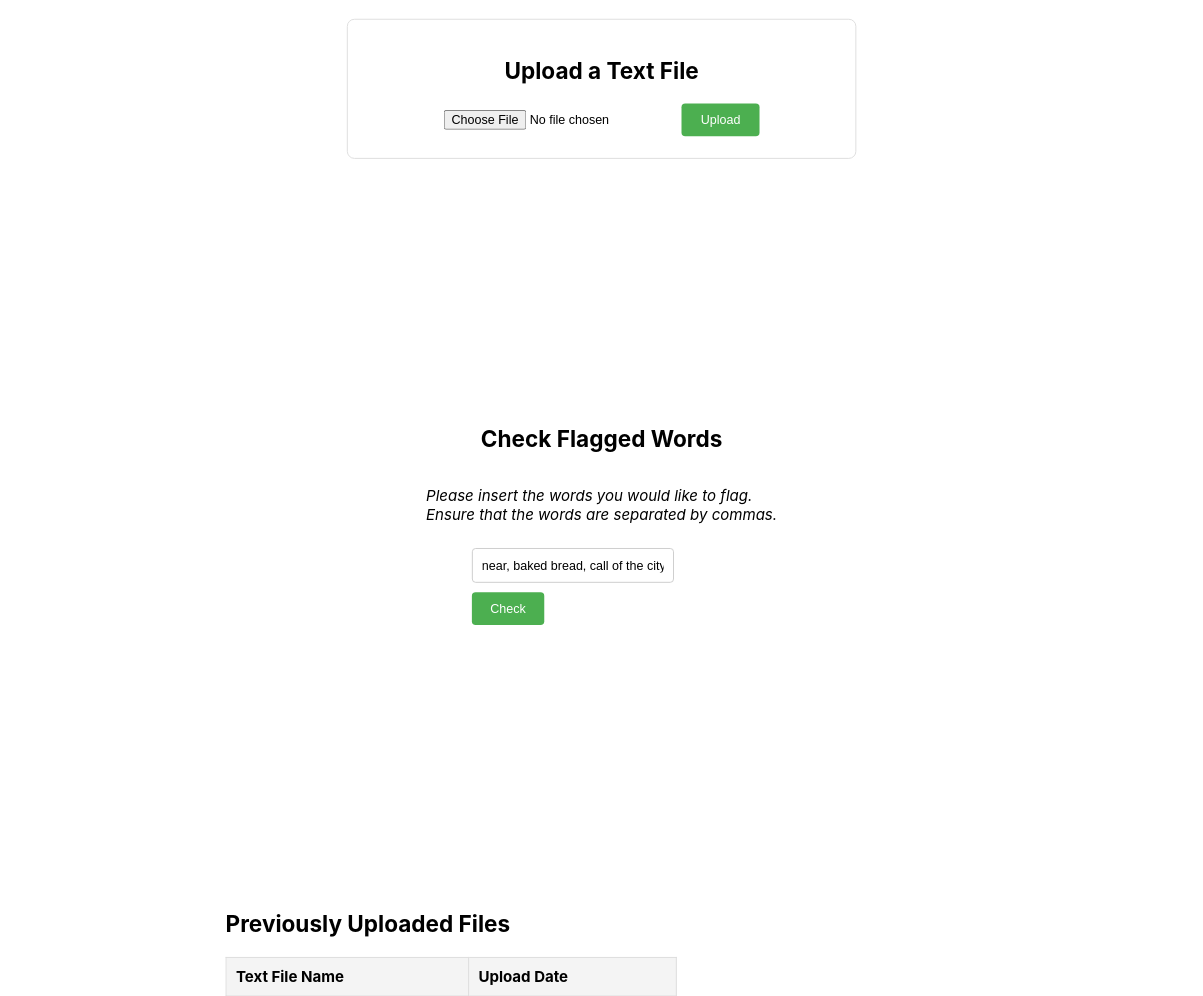
Repository: WafulaLukorito/flagged-Frontend
Page: /
An editor plug-in stored every save of this project. The page is shown before and after the next save, followed by the edit.
The browser window is 1280 px wide. The pictures show the whole page, at 94% of full size.
The page's requests for data from a server got no answer. The project was rebuilt for these pictures with package versions that can differ from the ones it lists, and the page was loaded fresh each time. No one was signed in, and anything a server would have sent is missing.

Above is the page before, as saved 2024-01-21 00:04:28.

After the next save:
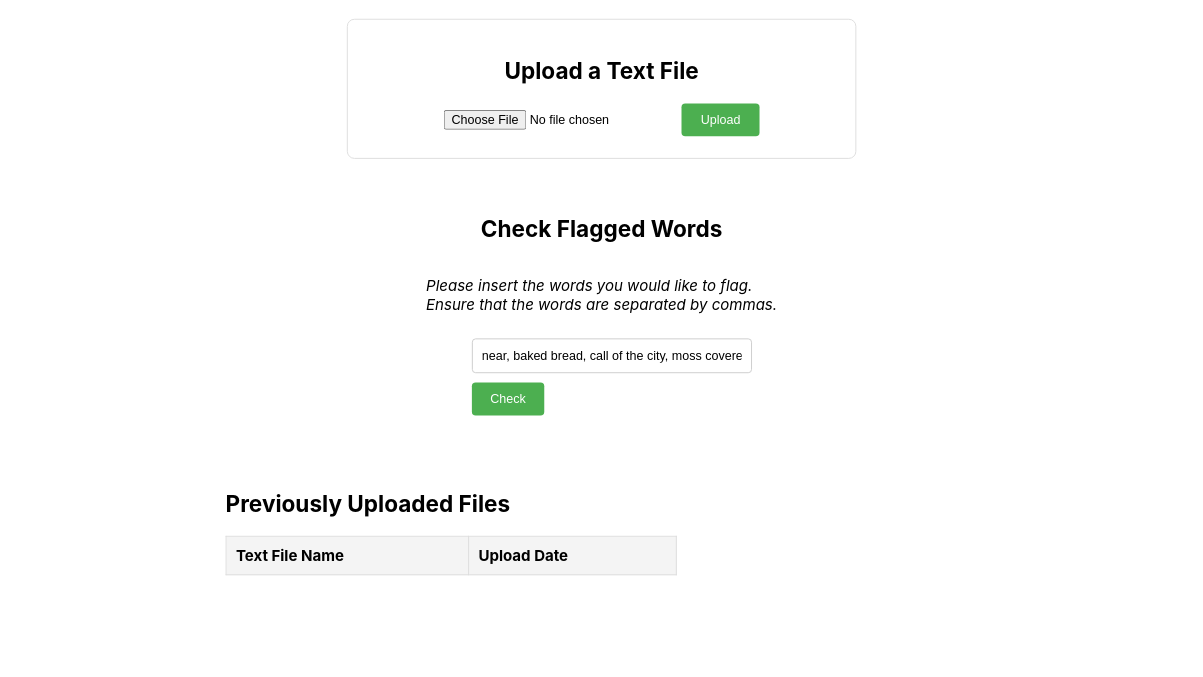
Saved 3 min 55 s later.
--- a/src/components/FlaggedWordsChecker/FlaggedWordsChecker.css
+++ b/src/components/FlaggedWordsChecker/FlaggedWordsChecker.css
@@ -1,6 +1,16 @@
+/* FlaggedWordsChecker.css */
+.flagged-words-checker-container {
+    display: flex;
+    flex-direction: column;
+    align-items: center;
+    justify-content: center;
+    padding: 20px;
+    max-width: 800px; /* Adjust the max-width as needed */
+    margin: 0 auto;
+}
 
 input[type="text"] {
-    width: 70%;
+    width: 100%; /* Full width */
     padding: 10px;
     margin: 10px 0;
     border: 1px solid #ccc;
@@ -21,13 +31,12 @@ button:hover {
 }
 
 .results {
-    margin-top: 20px;
+    text-align: left;
+    width: 100%; /* Full width */
+    word-wrap: break-word; /* Ensures text wraps and doesn't run off the screen */
 }
 
-.flagged-words-checker-container {
-    display: flex;
-    flex-direction: column;
-    align-items: center;
-    justify-content: center;
-    min-height: 100vh;
+.highlight {
+    background-color: yellow;
+    font-weight: bold;
 }
